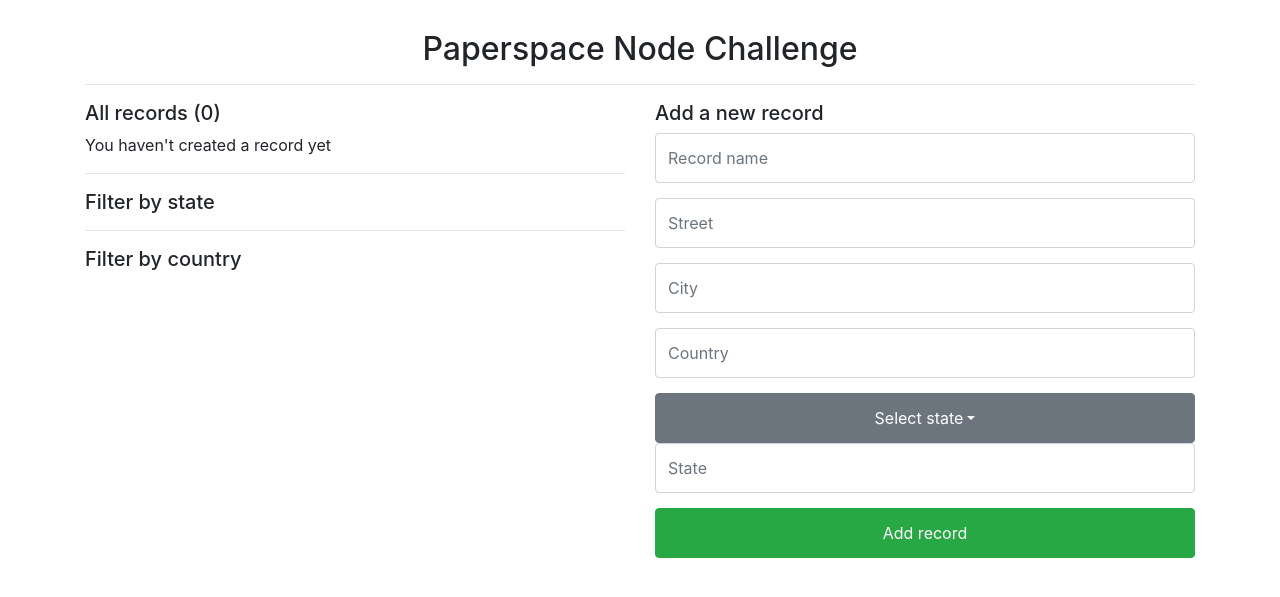
Repository: demesvardestin/paperspace-node
Page: views/index.pug
The author's editor kept a record of every edit. The page is drawn from the files as they stood at one moment, then again after the next edit.
The browser window is 1280 px wide. The pictures show the whole page.
The page is served by the project's Node server (server.js). The template is opened directly, without the code that normally fills it, so the values that code supplies are empty.

Above is the page before.

### views/index.pug
include script
include stylesheet

html
  head
    title= title
    link(
        rel="stylesheet" href="https://stackpath.bootstrapcdn.com/bootstrap/4.3.1/css/bootstrap.min.css"
        integrity="sha384-ggOyR0iXCbMQv3Xipma34MD+dH/1fQ784/j6cY/iJTQUOhcWr7x9JvoRxT2MZw1T"
        crossorigin="anonymous"
    )
    script(src="https://ajax.googleapis.com/ajax/libs/jquery/3.4.1/jquery.min.js")
    script(
        src="https://cdnjs.cloudflare.com/ajax/libs/popper.js/1.14.7/umd/popper.min.js"
        integrity="sha384-UO2eT0CpHqdSJQ6hJty5KVphtPhzWj9WO1clHTMGa3JDZwrnQq4sF86dIHNDz0W1"
        crossorigin="anonymous"
    )
    script(
        src="https://stackpath.bootstrapcdn.com/bootstrap/4.3.1/js/bootstrap.min.js"
        integrity="sha384-JjSmVgyd0p3pXB1rRibZUAYoIIy6OrQ6VrjIEaFf/nJGzIxFDsf4x0xIM+B07jRM"
        crossorigin="anonymous"
    )
  body
    section.container
        div.row
            div.col-md-12
                h2.text-center= 'Paperspace Node Challenge'
                hr
        div.row
            div.col-md-6
                section
                    h5= 'All records ' + `(${addresses.length})`

                    if addresses.length > 0
                        each val in addresses
                            div
                                a(
                                    href='/addresses/' + val.id
                                )
                                    span= [val.name, val.street, val.city, val.state, val.country].join(', ')
                    else
                        div
                            p= "You haven't created a record yet"
                    hr

                    div
                        h5= 'Filter by state'
                    each s in states
                        div
                            a(
                                href='/addresses?state=' + s
                            )
                                span= s
                    hr

                    div
                        h5= 'Filter by country'
                    each c in countries
                        div
                            a(
                                href='/addresses?country=' + c
                            )
                                span= c
                    if filter
                        hr
                        div
                            a(href='/addresses')
                                button(
                                    class='btn btn-primary'
                                ) View all records

            div.col-md-6
                h5= 'Add a new record'
                form(
                        action='/addresses'
                        method='post'
                    )
                    div(
                        class='field'
                    )
                        input(
                            type='text'
                            class='form-control'
                            name='name'
                            placeholder='Record name'
                        )
                    div(
                        class='field'
                    )
                        input(
                            type='text'
                            class='form-control'
                            name='street'
                            placeholder='Street'
                        )
                    div(
                        class='field'
                    )
                        input(
                            type='text'
                            class='form-control'
                            name='city'
                            placeholder='City'
                        )
                    div(
                        class='field'
                    )
                        input(
                            type='text'
                            class='form-control'
                            name='country'
                            placeholder='Country'
                            id='country-input'
                            onkeyup='checkCountry(this)'
                        )
                        div.card#country-suggestions
                    div(
                        class='field'
                    )
                        div(
                            class="dropdown"
                            style="width: 100%;"
                        )
                            button(
                                class="btn btn-secondary btn-block dropdown-toggle"
                                type="button"
                                id="dropdownMenuButton"
                                data-toggle="dropdown"
                                aria-haspopup="true"
                                aria-expanded="false"
                            ) Select state
                            div(
                                class="dropdown-menu"
                                id="state-suggestions"
                                aria-labelledby="dropdownMenuButton"
                            )
                        input(
                            type='text'
                            class='form-control'
                            name='state'
                            placeholder='State'
                        )
                    div(
                        class='field'
                    )
                        input(
                            type='submit'
                            value='Add record'
                            class='btn btn-success btn-block'
                        )

### views/script.pug
script.
    checkCountry = (elem) => {
        let suggestionBox = document.querySelector('#country-suggestions');
        let value = elem.value;

        if (value == '') {
            hideSuggestionBox(suggestionBox);
        }

        suggestionBox.setAttribute('style', 'display: block !important');
        suggestionBox.style.width = elem.offsetWidth;

        $.get(`https://restcountries.eu/rest/v2/name/${value}`).done(e => {
            suggestionBox.innerHTML = '';
            e.forEach(c => {
                let p = document.createElement('p');
                p.setAttribute('onclick', 'fillCountryInput(this)');
                p.setAttribute('id', c.alpha3Code);
                p.style.paddingTop = '10px';
                p.style.paddingBottom = '10px';
                p.style.margin = '0';
                p.style.borderBottom = '1px solid #e7e7e9';
                p.style.cursor = 'pointer';
                p.innerHTML = c.name;

                suggestionBox.appendChild(p);
            });
        });
    }

    fillCountryInput = (elem) => {
        const suggestionBox = document.querySelector('#country-suggestions');
        let countryInput = document.querySelector('#country-input');

        countryInput.value = elem.textContent;

        hideSuggestionBox(suggestionBox);
    }

    hideSuggestionBox = (box=null) => {
        box = box || document.querySelector('#country-suggestions');

        box.innerHTML = '';
        box.setAttribute('style', 'display: none !important');
    }

### views/stylesheet.pug
style.
    html {
        text-align: center;
    }

    body {
        padding: 30px 0;
    }

    .field:not(:last-child) {
        margin-bottom: 15px;
    }

    .btn, .form-control {
        box-shadow: none !important;
        outline: none !important;
        height: 50px !important;
    }

    #country-suggestions {
        padding: 0 10px;
        display: none;
        position: absolute;
        z-index: 5;
        max-height: 250px;
        overflow: auto;
    }

    #country-iso {
        display:  none;
    }

    .active {
        display: block !important;
    }

### server.js
const express = require('express');
const bodyParser = require('body-parser');

// initialize express app
const app = express();

// parse non-json requests
app.use(bodyParser.urlencoded({ extended: true }))

// parse json requests
app.use(bodyParser.json())

app.get('/', (req, res) => {
    res.json({"message": "Welcome to app"});
});

// listen for requests
app.listen(3000, () => {
    console.log("Server is listening on port 3000");
});

After the next edit:
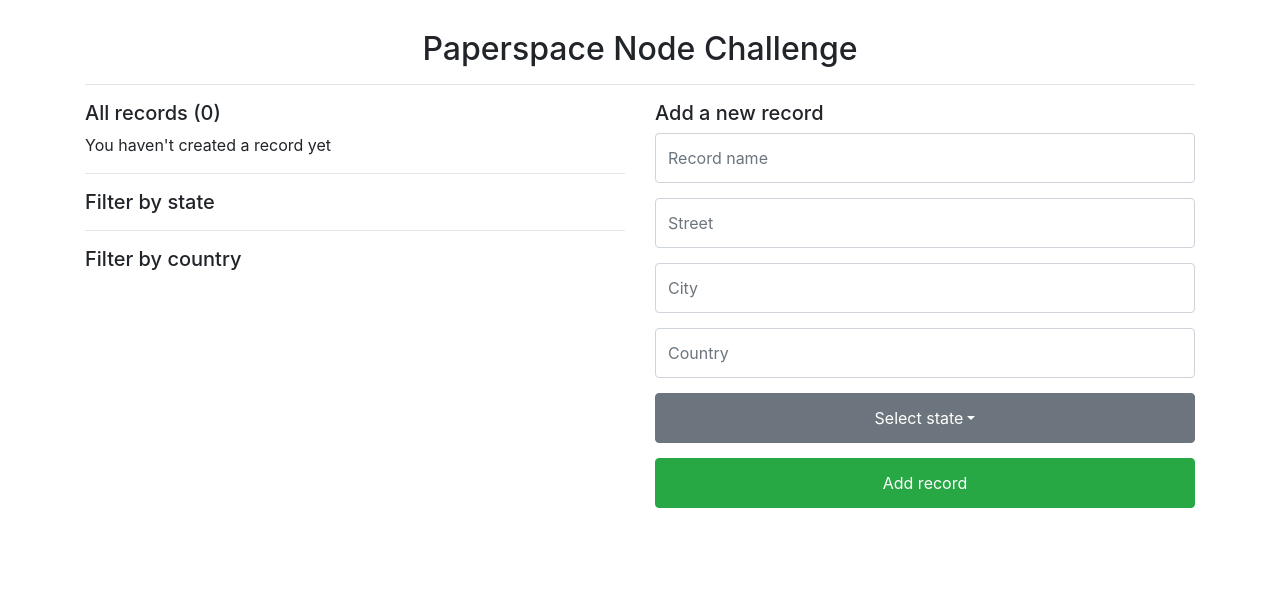
The edit:
--- a/views/index.pug
+++ b/views/index.pug
@@ -135,7 +135,7 @@
                                 aria-labelledby="dropdownMenuButton"
                             )
                         input(
-                            type='text'
+                            type='hidden'
                             class='form-control'
                             name='state'
                             placeholder='State'

After the 2 edits that followed:
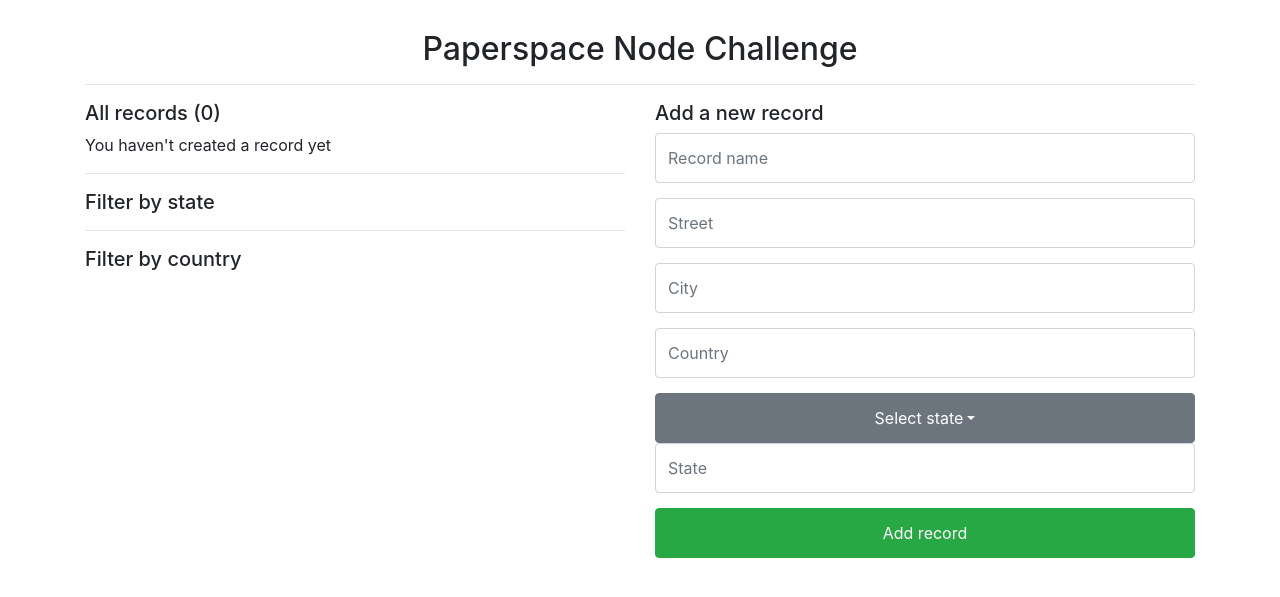
The 2 edits are shown as one change because 1 left the picture as it was.
The edit:
--- a/views/index.pug
+++ b/views/index.pug
@@ -135,9 +135,10 @@
                                 aria-labelledby="dropdownMenuButton"
                             )
                         input(
-                            type='hidden'
+                            type='text'
                             class='form-control'
                             name='state'
+                            id="state-value"
                             placeholder='State'
                         )
                     div(
